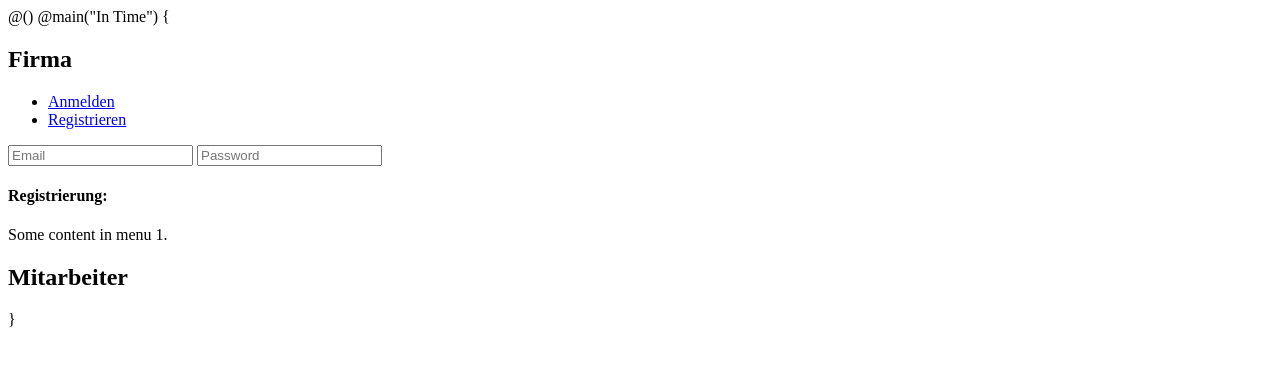
Repository: Avinukas/InTime
Page: intime/app/views/index.scala.html
An editor plug-in stored every save of this project. The page is shown before and after the next save, followed by the edit.
The browser window is 1280 px wide. The pictures show the whole page.

Above is the page before, as saved 2018-05-17 08:13:15.

After the next save:
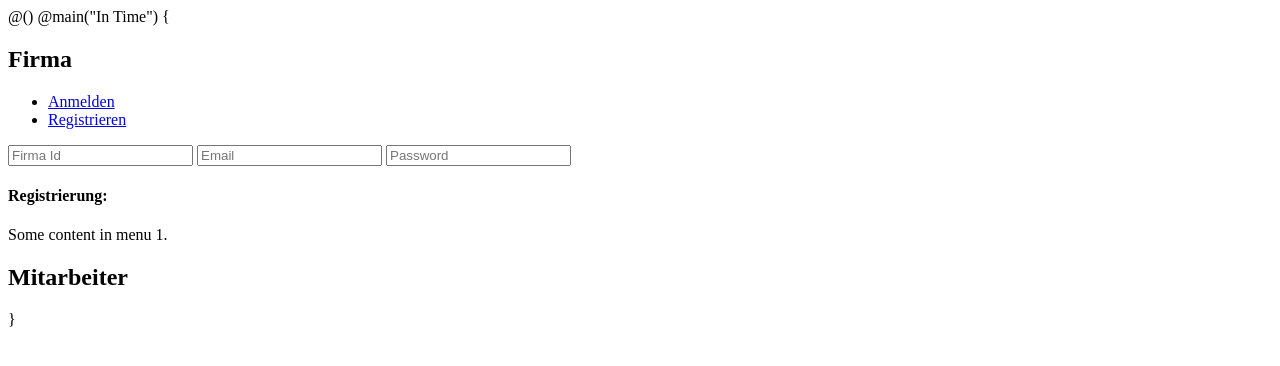
Saved 76 s later.
--- a/intime/app/views/index.scala.html
+++ b/intime/app/views/index.scala.html
@@ -11,6 +11,8 @@
 			<div id="firmaAnmelden" class="tab-pane fade in active">
 				<form>
 					<div class="input-group">
+					<input id="firmaId"
+							type="text" class="form-control" name="FirmenId" placeholder="Firma Id">
 						<input id="email"
 							type="text" class="form-control" name="email" placeholder="Email">
 							<input id="password"
